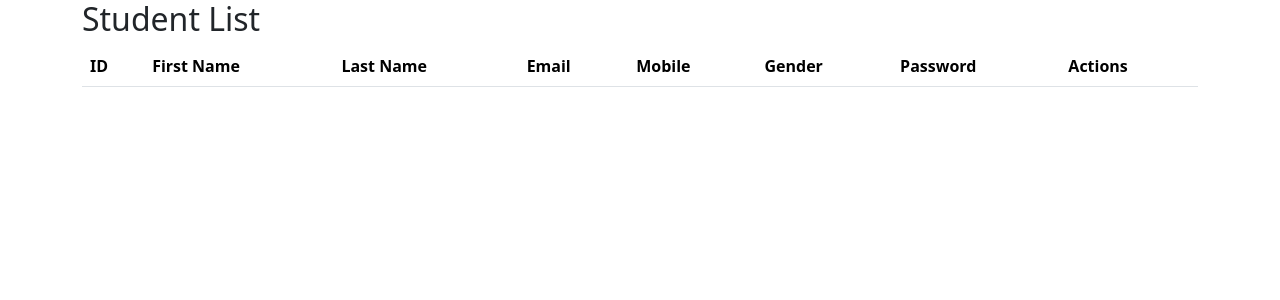
Repository: 2001Yogi/JavaWebAssignment
Page: http://localhost/JSPServletCRUD/show.jsp
The author's editor kept a copy of each file at every save. The page is drawn from the files as they stood at one save, then again after the next save.
The browser window is 1280 px wide. The pictures show the whole page.
The page is served by Tomcat 9. Other server files are loaded and not shown. Queries for data that is not in the repository find no rows.

Above is the page before, as saved 2024-09-19 09:23:33.

### JSPServletCRUD/src/main/webapp/show.jsp
<%@page import="java.sql.DriverManager"%>
<%@page import="java.sql.ResultSet"%>
<%@page import="java.sql.PreparedStatement"%>
<%@page import="java.sql.Connection"%>
<%@ page language="java" contentType="text/html; charset=ISO-8859-1"
    pageEncoding="ISO-8859-1"%>
<!DOCTYPE html>
<html>
<head>
<meta charset="ISO-8859-1">
<title>Student CRUD</title>
<link href="https://cdn.jsdelivr.net/npm/bootstrap@5.3.0-alpha1/dist/css/bootstrap.min.css" rel="stylesheet">
</head>
<body>
	<div class="container">
        <h2>Student List</h2>
        <table class="table table-striped">
            <thead>
                <tr>
                    <th>ID</th>
                    <th>First Name</th>
                    <th>Last Name</th>
                    <th>Email</th>
                    <th>Mobile</th>
                    <th>Gender</th>
                    <th>Password</th>
                    <th>Actions</th>
                </tr>
            </thead>
            <tbody>
            	<%
                    Connection conn = null;
                    PreparedStatement pst = null;
                    ResultSet rs = null;

                    try {
                        Class.forName("com.mysql.cj.jdbc.Driver");
                        conn = DriverManager.getConnection("jdbc:mysql://localhost:3306/jspservletcrud", "root", "");
                        String sql = "SELECT * FROM students";
                        pst = conn.prepareStatement(sql);
                        rs = pst.executeQuery();

                        while (rs.next()) {
                %>
                 <tr>
                    <td><%= rs.getInt("id") %></td>
                    <td><%= rs.getString("fname") %></td>
                    <td><%= rs.getString("lname") %></td>
                    <td><%= rs.getString("email") %></td>
                    <td><%= rs.getString("mobile") %></td>
                    <td><%= rs.getString("gender") %></td>
                    <td><%= rs.getString("password") %></td>
                    <td>
                        <a href="edit.jsp?id=<%= rs.getInt("id") %>" class="btn btn-warning">Edit</a>
                        <a href="StudServlet?action=delete&id=<%= rs.getInt("id") %>" class="btn btn-danger">Delete</a>
                    </td>
                </tr>
                 <%
                       	}
                    }catch (Exception e) {
                            e.printStackTrace();
                    }
                  %>
            </tbody>
        </table>
    </div>
</body>
</html>

After the next save:
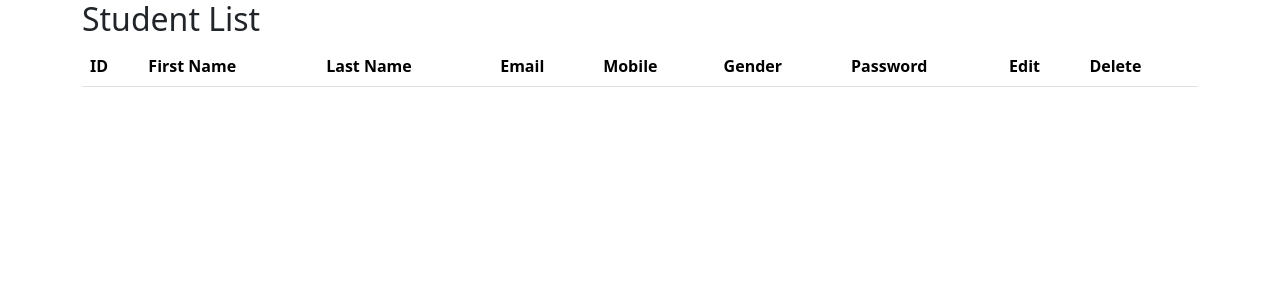
Saved 9 min 27 s later.
--- a/JSPServletCRUD/src/main/webapp/show.jsp
+++ b/JSPServletCRUD/src/main/webapp/show.jsp
@@ -24,7 +24,8 @@
                     <th>Mobile</th>
                     <th>Gender</th>
                     <th>Password</th>
-                    <th>Actions</th>
+                    <th>Edit</th>
+                    <th>Delete</th>
                 </tr>
             </thead>
             <tbody>
